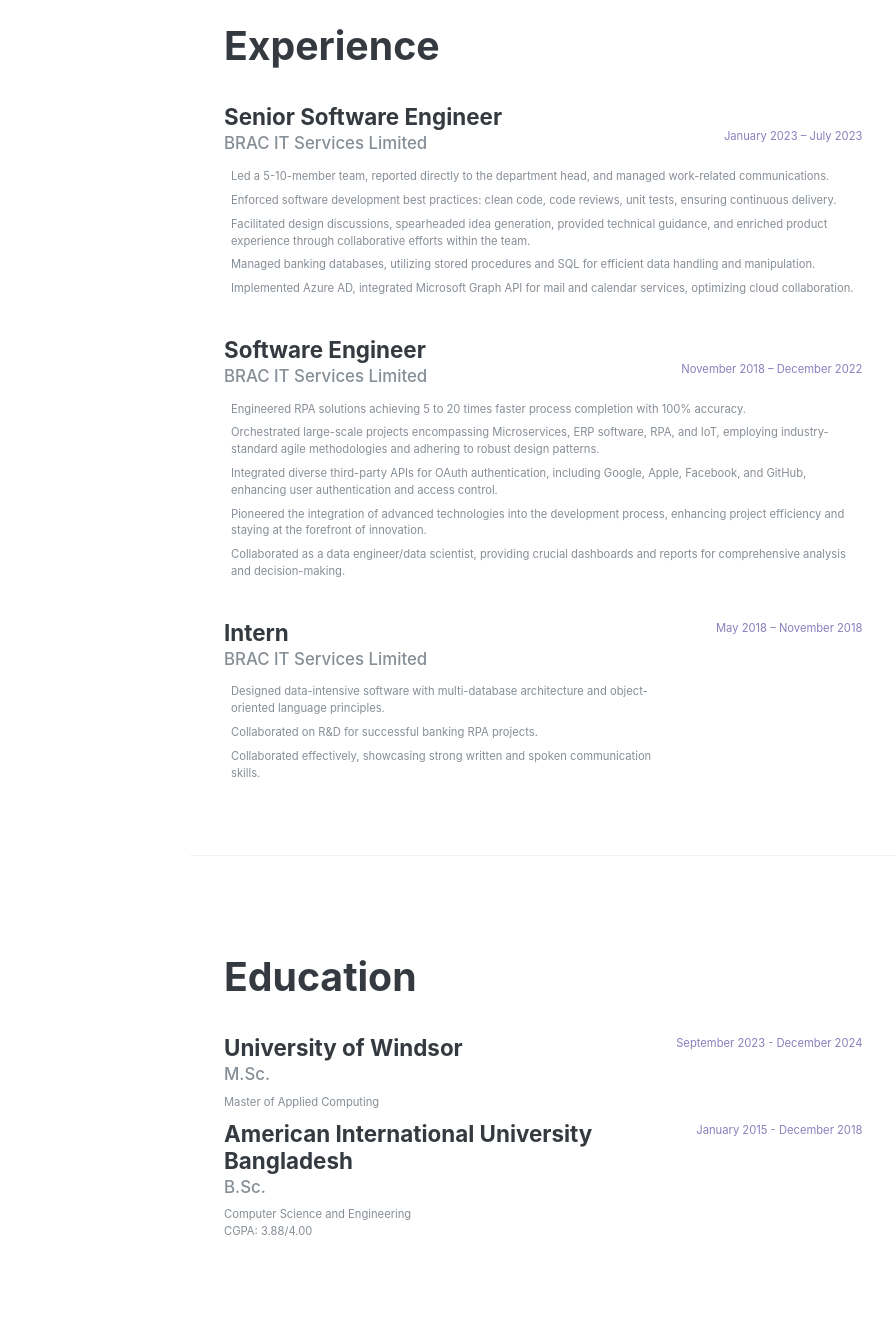
Repository: xahin96/xahin96.github.io
Page: index.html
The author's editor kept a copy of each file at every save. The page is drawn from the files as they stood at one save, then again after the next save.
The browser window is 1280 px wide. The pictures show the part of the page from y = 736 to 2656 px (the page is 5415 px tall), at 70% of full size.
Some web fonts or font styles are not loaded; a fallback is used.

Above is the page before, as saved 2024-04-27 12:34:41.

After the next save:
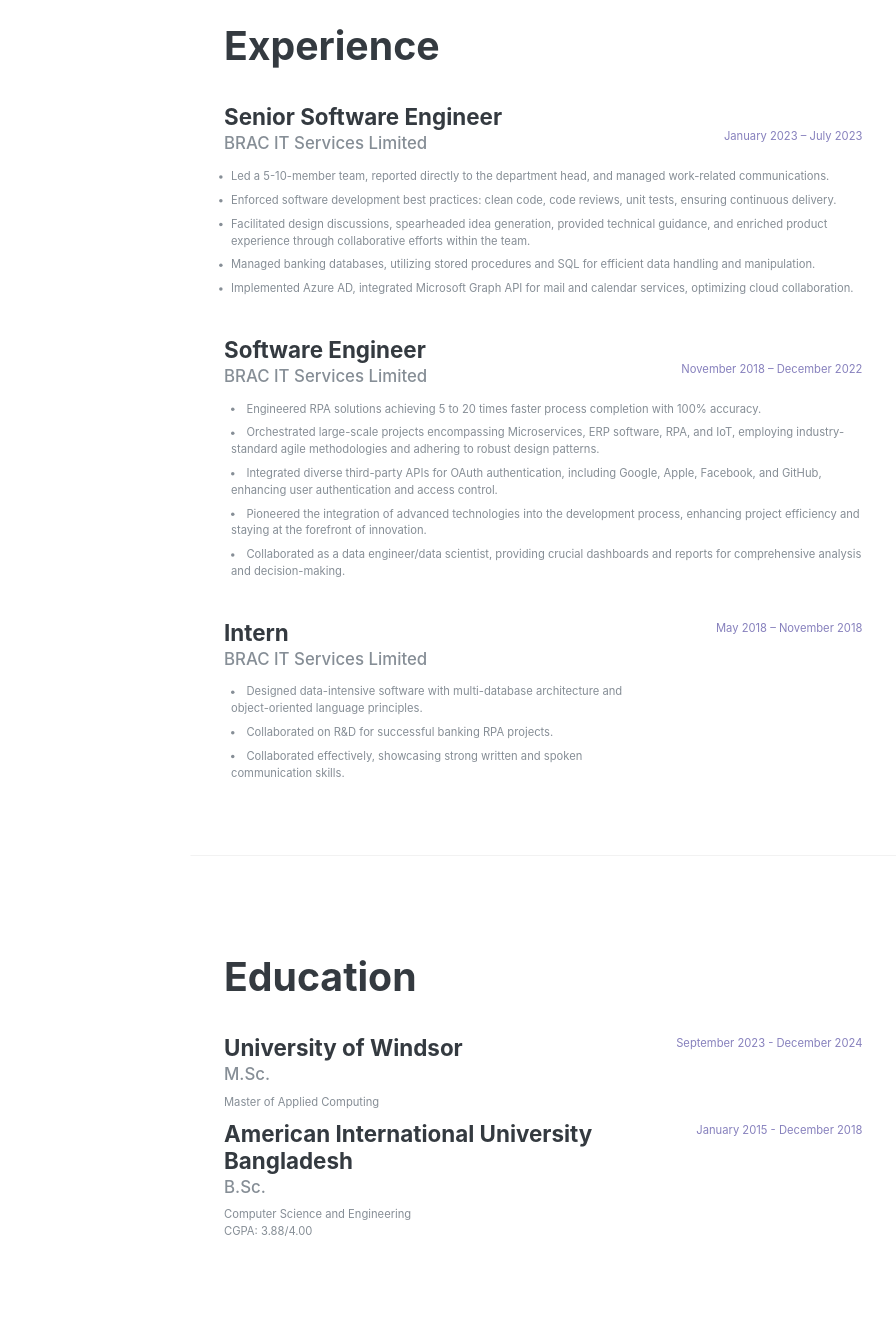
Saved 7 s later.
--- a/css/resume.css
+++ b/css/resume.css
@@ -54,7 +54,7 @@ ul{
 li{
   margin-bottom: 10px;
   margin-left: 10px;
-  list-style: none;
+
 }
 
 .flex{
